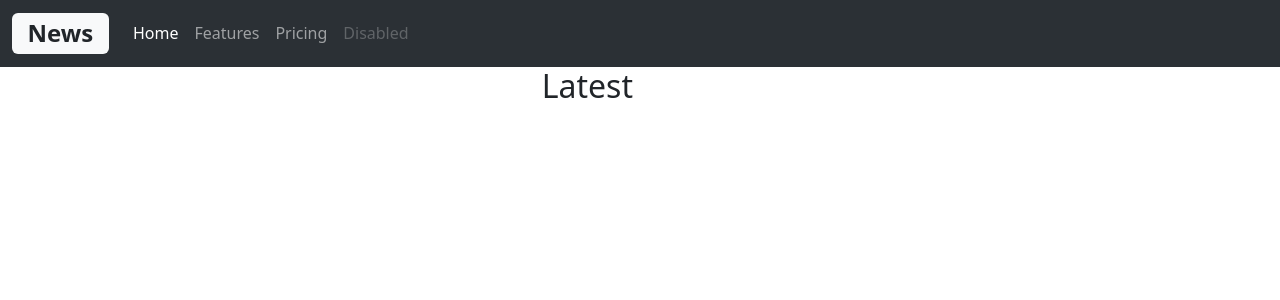
Repository: sshaiv/News_app
Page: /
The author's editor kept a copy of each file at every save. The page is drawn from the files as they stood at one save, then again after the next save.
The browser window is 1280 px wide. The pictures show the whole page.
The project was rebuilt for these pictures with package versions that can differ from the ones it lists, and the page was loaded fresh each time. Also part of the build but not shown: vite.config.js, src/index.css.

Above is the page before, as saved 2024-07-14 20:09:15.

### index.html
<!doctype html>
<html lang="en">
  <head>
    <meta charset="UTF-8" />

    <meta name="viewport" content="width=device-width, initial-scale=1.0" />
    <title>News Mag</title>
    <link href="https://cdn.jsdelivr.net/npm/bootstrap@5.3.3/dist/css/bootstrap.min.css" rel="stylesheet" integrity="sha384-QWTKZyjpPEjISv5WaRU9OFeRpok6YctnYmDr5pNlyT2bRjXh0JMhjY6hW+ALEwIH" crossorigin="anonymous">
  </head>
  <body>
    <div id="root"></div>
    <script type="module" src="/src/main.jsx"></script>
    <script src="https://cdn.jsdelivr.net/npm/bootstrap@5.3.3/dist/js/bootstrap.bundle.min.js" integrity="sha384-YvpcrYf0tY3lHB60NNkmXc5s9fDVZLESaAA55NDzOxhy9GkcIdslK1eN7N6jIeHz" crossorigin="anonymous"></script>
  </body>
</html>

### src/App.jsx
// import React from 'react'
import Navbar from "./Components/Navbar"
import NewsBoard from "./Components/NewsBoard"
const App = () => {
  return (
    <div>
    <Navbar/>
    <NewsBoard/>


    </div>
  )
}

export default App

### src/Components/Navbar.jsx


const Navbar = () => {
  return (
    <div>
      <nav className="navbar navbar-expand-lg bg-body-tertiary" data-bs-theme="dark">
  <div className="container-fluid">
    <a className="navbar-brand" href="#"> <span className="badge bg-light  text-dark fs-4">News</span> </a>
    <button className="navbar-toggler" type="button" data-bs-toggle="collapse" data-bs-target="#navbarNav" aria-controls="navbarNav" aria-expanded="false" aria-label="Toggle navigation">
      <span className="navbar-toggler-icon"></span>
    </button>
    <div className="collapse navbar-collapse" id="navbarNav">
      <ul className="navbar-nav">
        <li className="nav-item">
          <a className="nav-link active" aria-current="page" href="#">Home</a>
        </li>
        <li className="nav-item">
          <a className="nav-link" href="#">Features</a>
        </li>
        <li className="nav-item">
          <a className="nav-link" href="#">Pricing</a>
        </li>
        <li className="nav-item">
          <a className="nav-link disabled" aria-disabled="true">Disabled</a>
        </li>
      </ul>
    </div>
  </div>
</nav>
    </div>
  )
}

export default Navbar

### src/Components/NewsBoard.jsx

const NewsBoard = () => {
  return (
    <div>
      <h2 className="text-center">Latest <span className="badge">News</span> </h2>
    </div>
  )
}

export default NewsBoard

Loaded but not shown: src/main.jsx (common file)

After the next save:
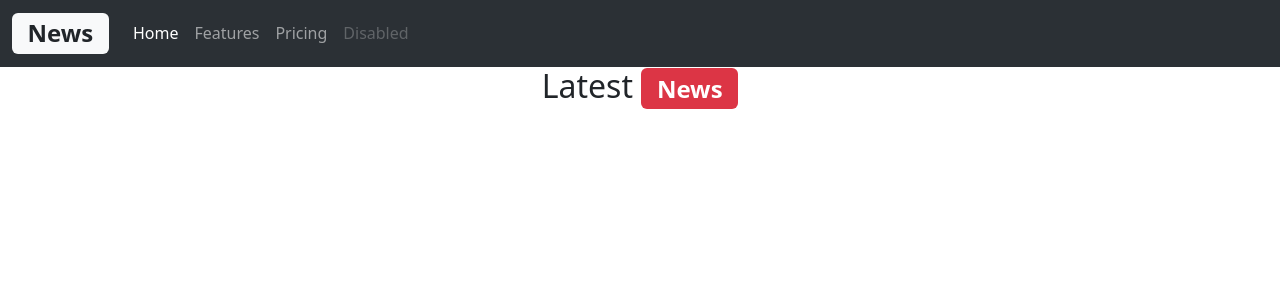
Saved 9 s later.
--- a/src/Components/NewsBoard.jsx
+++ b/src/Components/NewsBoard.jsx
@@ -2,7 +2,7 @@
 const NewsBoard = () => {
   return (
     <div>
-      <h2 className="text-center">Latest <span className="badge">News</span> </h2>
+      <h2 className="text-center">Latest <span className="badge bg-danger">News</span> </h2>
     </div>
   )
 }
